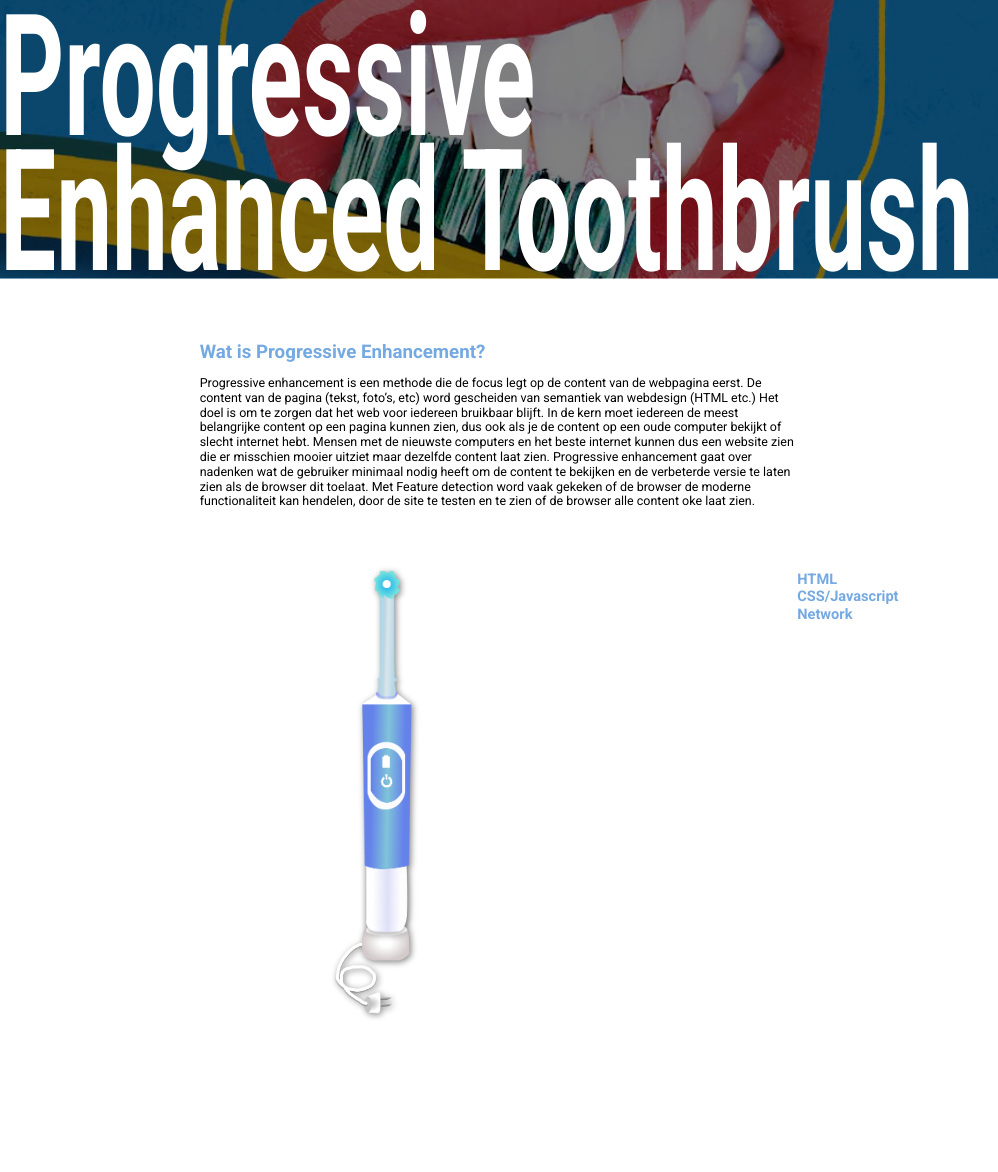
Repository: norakramer1/browser-technologies-2122
Page: progressive-enhanced-toothbrush-main/index.html
The author's editor kept a copy of each file at every save. The page is drawn from the files as they stood at one save, then again after the next save.
The browser window is 1280 px wide. The pictures show the whole page, at 78% of full size.

Above is the page before, as saved 2022-03-23 13:56:08.

After the next save:
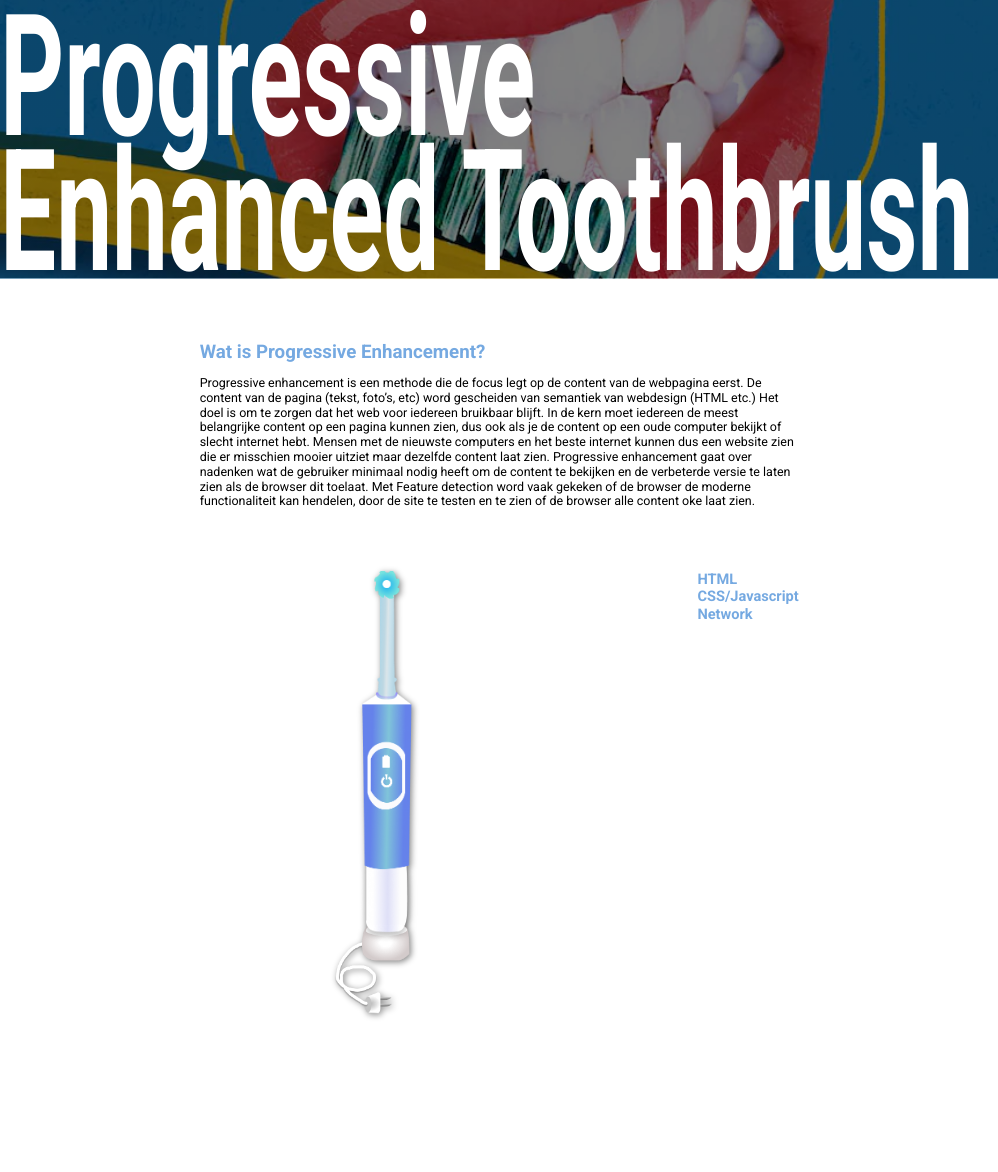
Saved 14 s later.
--- a/progressive-enhanced-toothbrush-main/style.css
+++ b/progressive-enhanced-toothbrush-main/style.css
@@ -61,7 +61,7 @@ article:nth-child(2) ul:last-child {
     list-style-type: none;
     transition: 1s;
     position: absolute;
-    right: 10vw;
+    right: 20vw;
 }
 
 article:nth-child(2) ul:first-child li:first-of-type {
